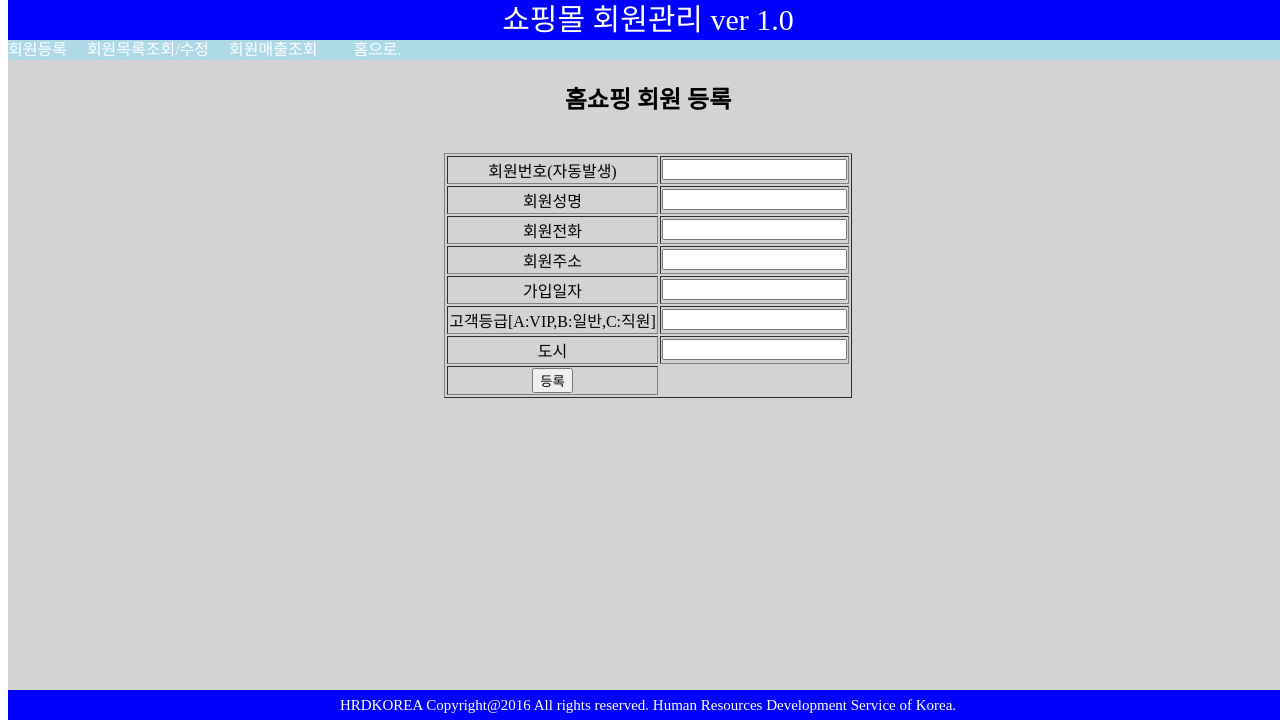
Repository: leesuyeon116/HRD_1
Page: http://localhost/HRD_0416/join.jsp
These files come from the project's save history. The page is drawn as it stood at one moment and after the next save; the edit follows.
The browser window is 1280 px wide. The pictures show the whole page.
The page is served by Tomcat 9.

Above is the page before, as saved 2024-04-17 00:20:31.

After the next save:
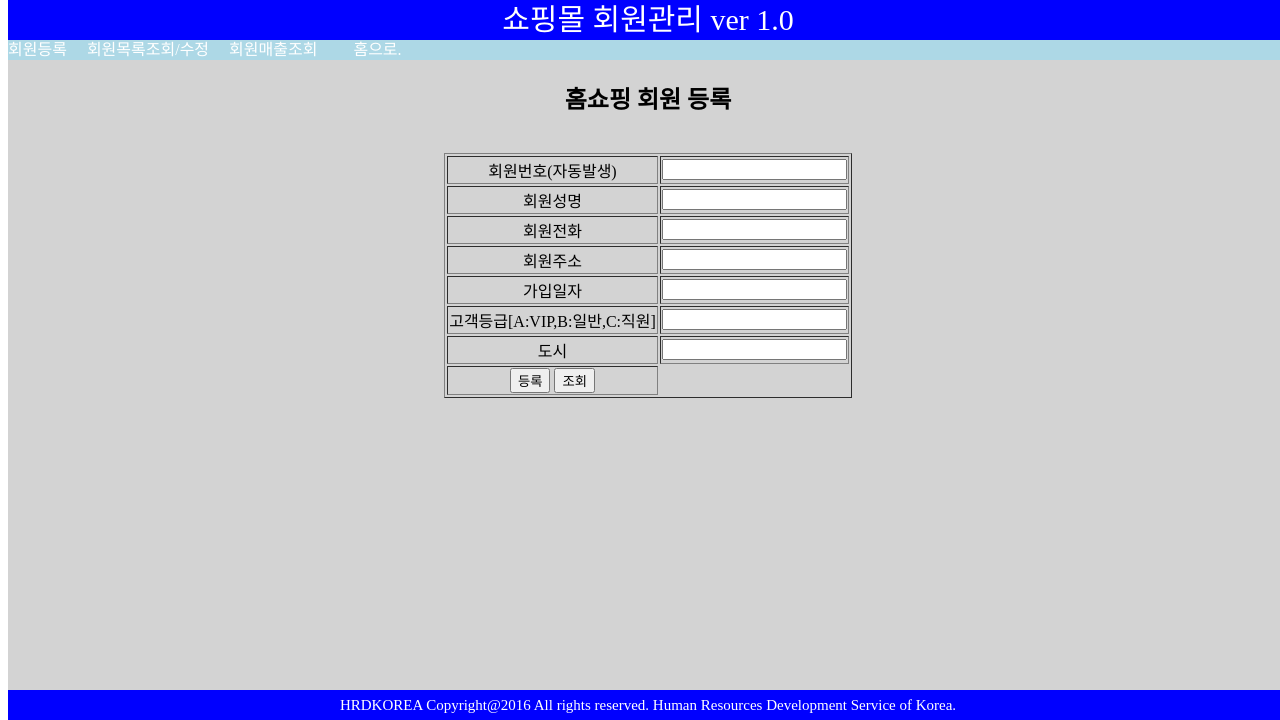
Saved 58 s later.
--- a/HRD_0416/src/main/webapp/join.jsp
+++ b/HRD_0416/src/main/webapp/join.jsp
@@ -44,6 +44,7 @@
 		<tr>
 			<td>
 				<input type="submit" value="등록">
+				<input type="button" value="조회">
 			</td>
 		</tr>
 	</table>
